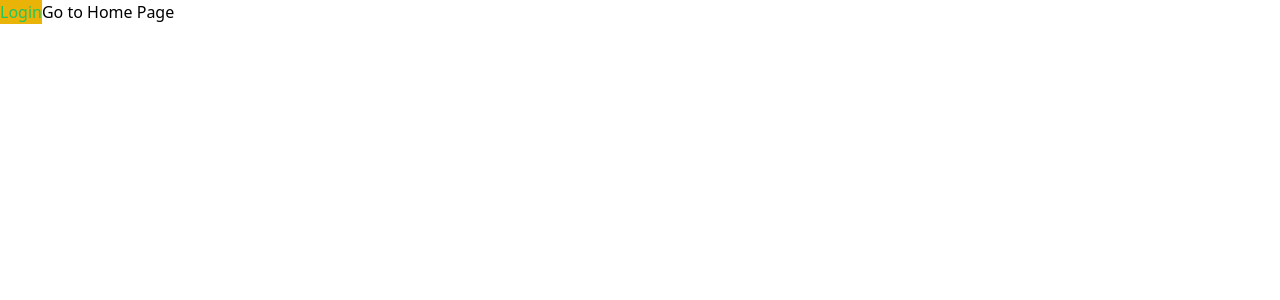
Repository: Marhamat92/reactrouterv6
Page: /auth/login
The author's editor kept a copy of each file at every save. The page is drawn from the files as they stood at one save, then again after the next save.
The browser window is 1280 px wide. The pictures show the whole page.
The project was rebuilt for these pictures with package versions that can differ from the ones it lists, and the page was loaded fresh each time. Also part of the build but not shown: src/pages/HomePage/HomePage.js, src/pages/BlogPage/Post.js, src/pages/Profile/ProfilePage.js, src/pages/BlogPage/index.js, src/pages/BlogPage/ErrorPage.js, src/pages/GeneralErrorPage.js, src/components/PrivateRoute.js, src/pages/GeneralLayout.js and 1 more. Imported but missing from the stored project, and not drawn on this page: src/pages/BlogPage/Blog, src/pages/BlogPage/Categories, src/pages/ContactPage/ContactPage.

Above is the page before, as saved 2022-12-28 21:57:58.

After the next save:
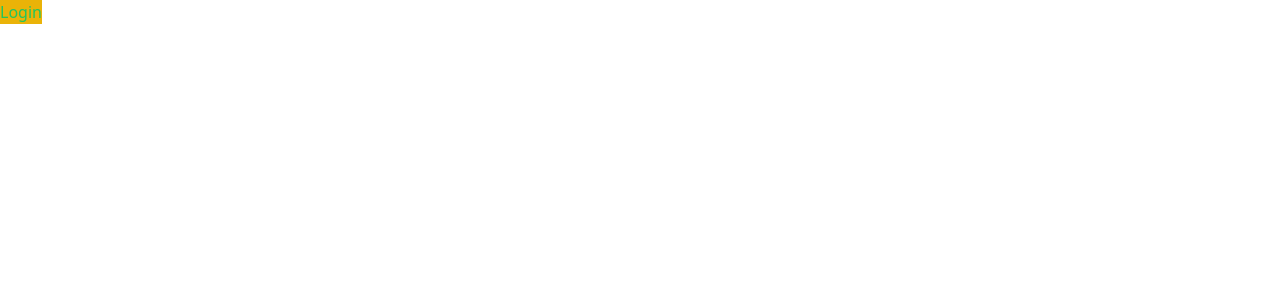
Saved 37 s later.
--- a/src/pages/Auth/LoginPage.js
+++ b/src/pages/Auth/LoginPage.js
@@ -28,9 +28,10 @@ function LoginPage() {
       {!user && <button className='bg-green-500 text-white hover:bg-yellow-500 hover:text-green-500' onClick={handleLogin}>
         Login
       </button>}
-      <Link to="/" >
+
+      {user && <Link to="/" >
         Go to Home Page
-      </Link>
+      </Link>}
     </>
   )
 }
